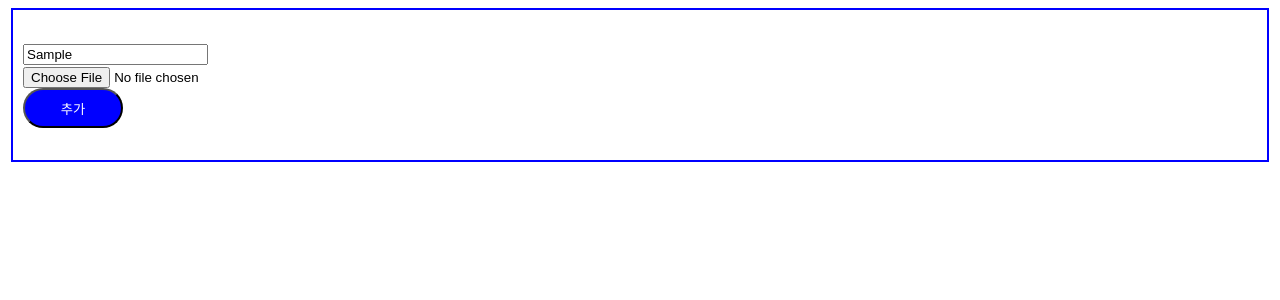
Repository: patternlobe-stack/MY_repository
Page: webpro/src/main/webapp/0617/파일추가.html
The author's editor kept a copy of each file at every save. The page is drawn from the files as they stood at one save, then again after the next save.
The browser window is 1280 px wide. The pictures show the whole page.
Empty fields were first filled with sample values (such as "Sample", 5 or name@example.com).
After loading, the first visible `#add` was clicked once.

Above is the page before, as saved 2025-09-17 05:38:37.
Console error: ReferenceError: count is not defined

After the next save:
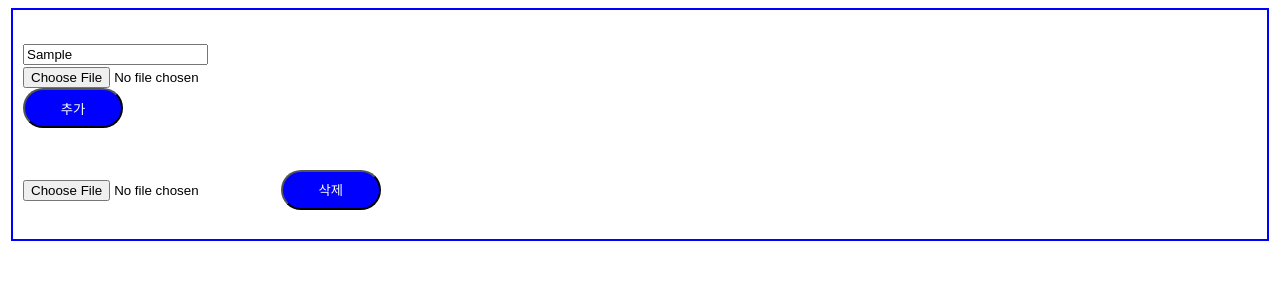
The error is gone.
Saved 80 s later.
--- a/webpro/src/main/webapp/0617/파일추가.html
+++ b/webpro/src/main/webapp/0617/파일추가.html
@@ -7,19 +7,32 @@
 
 <script src="../js/jquery-3.7.1.js"></script>
 <script>
+
 $(() => {
+    let count = 0;
 
- 	$('#add').on('click', ()=>{
+    // add 버튼 클릭 시 새로운 요소 추가
+    $('#add').on('click', () => {
+        count++;
+        let nele = `
+            <p>
+                <input type="file" class="ff">
+                <input type="button" value="삭제" class="del${count}">
+            </p>`;
 
- 		count ++;
- 		nele=`<p>
- 		      <input type="file" class="ff">
- 		      <input type="button" value="삭제" class="del${count}" >
-					</p>
+        // 실제 DOM에 붙여주기
+        $('.box').append(nele);
+    });
 
- 		      `
- 	})
-})
+    // bind 방식 (동적 요소에는 적용 안 됨)
+    // $('.del1').bind('click', function(){ ... })
+
+    // delegate 방식 (동적 요소에도 적용됨)
+    $(document).on('click', 'input[class^=del]', function() {
+        // 클릭된 버튼의 부모 <p> 삭제
+        $(this).parent().remove();
+    });
+});
 
 
 </script>
